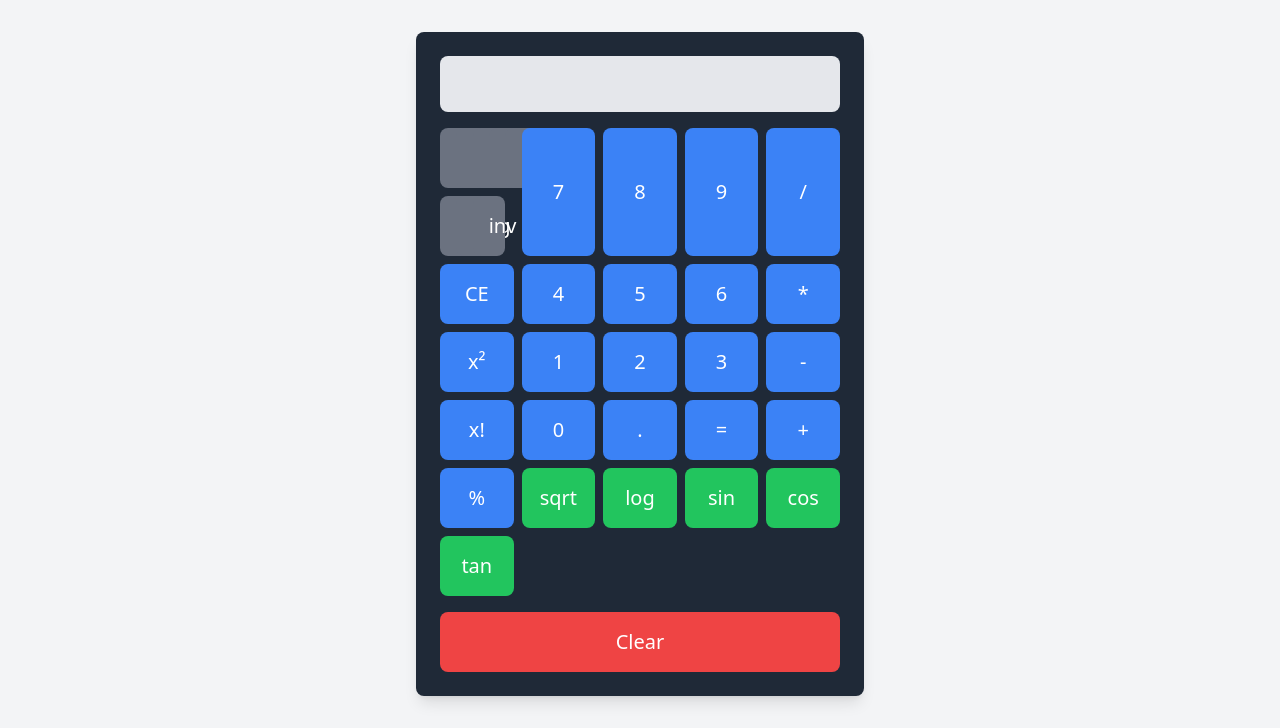
Repository: Sirinegaddour11/Calculator-App
Page: /
An editor plug-in stored every save of this project. The page is shown before and after a run of saves, followed by the edit.
The browser window is 1280 px wide. The pictures show the whole page.
The project was rebuilt for these pictures with package versions that can differ from the ones it lists, and the page was loaded fresh each time. The framework's server and built-in components were replaced by stand-ins that run in the browser. Also part of the build but not shown: next.config.mjs.

Above is the page before, as saved 2024-09-16 19:22:35.

After the next 5 saves:
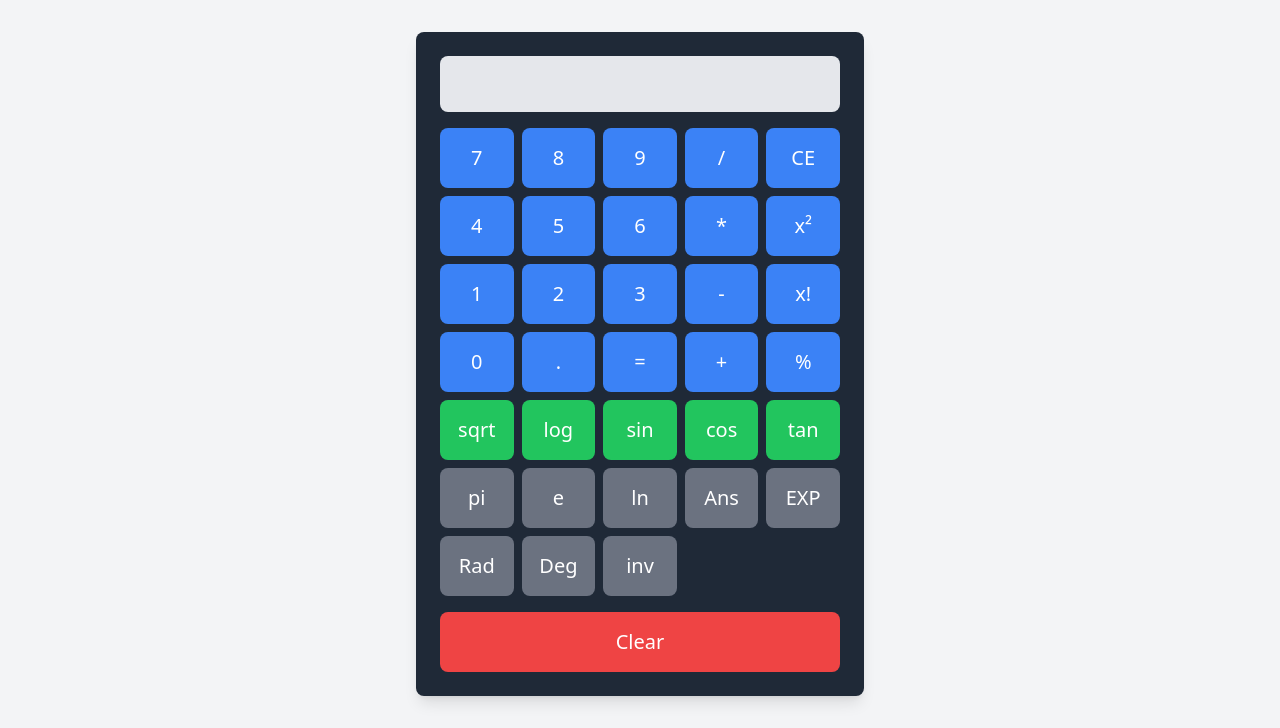
The 5 saves are shown as one change because they came seconds apart.
The last was saved 21 s later.
--- a/components/calculator.tsx
+++ b/components/calculator.tsx
@@ -75,20 +75,6 @@ const Calculator: React.FC = () => {
           readOnly
         />
         <div className="grid grid-cols-5 gap-2">
-          {/* Ligne 6 (fonctions supplémentaires) */}
-          <div className="grid grid-cols-5 gap-2">
-            {["pi", "e", "ln", "Ans", "EXP", "Rad", "Deg", "inv"].map(
-              (func, index) => (
-                <button
-                  key={index}
-                  className="p-4 bg-gray-500 text-white rounded-lg hover:bg-gray-600 text-xl"
-                  onClick={() => handleButtonClick(func)}
-                >
-                  {func}
-                </button>
-              )
-            )}
-          </div>
           {/* Ligne 1 */}
           {["7", "8", "9", "/", "CE"].map((value, index) => (
             <button
@@ -145,6 +131,18 @@ const Calculator: React.FC = () => {
               {func}
             </button>
           ))}
+          {/* Ligne 6 (fonctions supplémentaires) */}
+          {["pi", "e", "ln", "Ans", "EXP", "Rad", "Deg", "inv"].map(
+            (func, index) => (
+              <button
+                key={index}
+                className="p-4 bg-gray-500 text-white rounded-lg hover:bg-gray-600 text-xl"
+                onClick={() => handleButtonClick(func)}
+              >
+                {func}
+              </button>
+            )
+          )}
         </div>
         <button
           className="mt-4 w-full p-4 bg-red-500 text-white rounded-lg hover:bg-red-600 text-xl"
